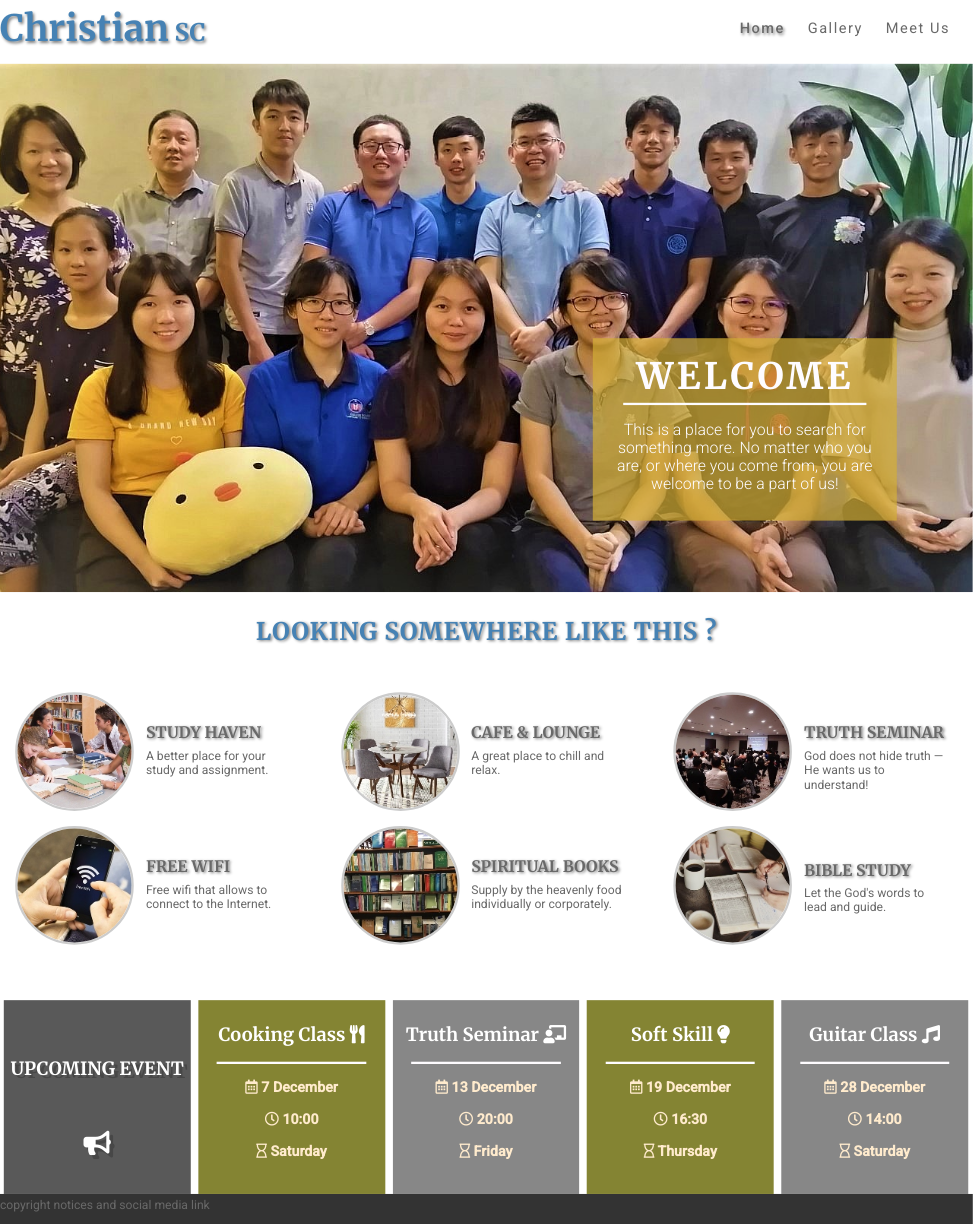
Repository: kongteckmee/christian-sc
Page: index.html
The author's editor kept a record of every edit. The page is drawn from the files as they stood at one moment, then again after the next edit.
The browser window is 1280 px wide. The pictures show the whole page, at 76% of full size.
Some web libraries are served in a nearby version.

Above is the page before.

### index.html
<!DOCTYPE html>
<html lang="en">
<head>
    <meta charset="UTF-8">
    <meta name="viewport" content="width=device-width, initial-scale=1.0">
    <meta http-equiv="X-UA-Compatible" content="ie=edge">
    <link rel="stylesheet" href="https://use.fontawesome.com/releases/v5.1.1/css/all.css" integrity="sha384-O8whS3fhG2OnA5Kas0Y9l3cfpmYjapjI0E4theH4iuMD+pLhbf6JI0jIMfYcK3yZ" crossorigin="anonymous">
    <link rel="stylesheet" href="assets/css/style.css" type="text/css" />
    <title>Christian Student Center</title>
</head>
<body>
    <header>
        <a id="logo" href="index.html">
            <h2><span style="font-size: 150%">Christian</span> SC</h2>
        </a>
        <nav>
            <ul id="scmenu">
                <li>
                    <a href="#">Meet Us</a>
                </li>
                <li>
                    <a href="#">Gallery</a>
                </li>
                <li>
                    <a class="scactive" href="index.html">Home</a>
                </li>
            </ul>
        </nav>
    </header>
    <section id="scmeetingrange">
        <div id="scmeeting"></div>
        <div id="welcome-text">
            <h1>Welcome</h1>
            <hr>
            <h3>This is a place for you to search for something more. No matter who you are, or where you come from, you are welcome to be a part of us!</h2>
        </div>
    </section>
    <section id="about">
        <h1>Looking Somewhere Like This ?</h1>
        <div id="left">
            <div class="left-right-side">
                <h2>Study Haven</h2>
                <br>
                <p>A better place for your study and assignment.</p>
            </div>
            <div id="container">
                <div id="contain-study"></div>
            </div>
            <div class="left-right-side">
                <h2>Free Wifi</h2>
                <br>
                <p>Free wifi that allows to connect to the Internet.</p>
            </div>
            <div id="container">
                <div id="contain-wifi"></div>
            </div>
        </div>
        <div id="right">
            <div class="left-right-side">
                <h2>Truth Seminar</h2>
                <br>
                <p>God does not hide truth — He wants us to understand!</p>
            </div>
            <div id="container">
                <div id="contain-seminar"></div>
            </div>
            <div class="left-right-side">
                <h2>Bible Study</h2>
                <br>
                <p>Let the God's words to lead and guide.</p>
            </div>
            <div id="container">
                <div id="contain-bible"></div>
            </div>
        </div>
        <div id="center">
            <div class="middle">
                <h2>Cafe & Lounge</h2>
                <br>
                <p>A great place to chill and relax.</p>
            </div>
            <div id="container">
                <div id="contain-cafe"></div>
            </div>
            <div class="middle">
                <h2>Spiritual Books</h2>
                <br>
                <p>Supply by the heavenly food individually or corporately.</p>
            </div>
            <div id="container">
                <div id="contain-books"></div>
            </div>
        </div>
    </section>
    <section id="event">
        <div class="black">
            <h2>Upcoming Event</h2>
            <h3><i class="fas fa-bullhorn"></i></h3>
        </div>
        <div class="green">
            <h2>Cooking Class <i class="fas fa-utensils"></i></h2>
            <hr>
            <h3><i class="far fa-calendar-alt"></i> 7 December</h3>
            <h3><i class="far fa-clock"></i> 10:00</h3>
            <h3><i class="far fa-hourglass"></i> Saturday</h3>
        </div>
        <div class="grey">
            <h2>Truth Seminar <i class="fas fa-chalkboard-teacher"></i></h2>
            <hr>
            <h3><i class="far fa-calendar-alt"></i> 13 December</h3>
            <h3><i class="far fa-clock"></i> 20:00</h3>
            <h3><i class="far fa-hourglass"></i> Friday</h3>
        </div>
        <div class="green">
            <h2>Soft Skill <i class="fas fa-lightbulb"></i></h2>
            <hr>
            <h3><i class="far fa-calendar-alt"></i> 19 December</h3>
            <h3><i class="far fa-clock"></i> 16:30</h3>
            <h3><i class="far fa-hourglass"></i> Thursday</h3>
        </div>
        <div class="grey">
            <h2>Guitar Class <i class="fas fa-music"></i></h2>
            <hr>
            <h3><i class="far fa-calendar-alt"></i> 28 December</h3>
            <h3><i class="far fa-clock"></i> 14:00</h3>
            <h3><i class="far fa-hourglass"></i> Saturday</h3>
        </div>
    </section>
    <footer>
        copyright notices and social media link
    </footer>
</body>
</html>

### assets/css/style.css
@import url('https://fonts.googleapis.com/css?family=Merriweather:500,600,700|Roboto:300,400,500');

* {
    margin: 0;
    padding: 0;
    border: 0;
}

body {
    font-family: 'Roboto', sans-serif;
    color: #696969; /*Grey color */
}

/* ------------------------------------------------------ Header */

#logo {
    float: left;
    text-decoration: none;
}

#logo h2 {
    font-family: 'Merriweather', serif;
    font-size: 200%;
    color: #4682b4; /* Steel Blue color */
    text-shadow: 2px 2px 4px #808080;
}

#scmenu {
    font-size: 120%;
    list-style-type: none;
    letter-spacing: 2px;
}

#logo, #scmenu {
    line-height: 75px;
}

#scmenu li {
    float: right;
    margin-right: 30px;
}

#scmenu a {
    text-decoration: none;
    color: inherit;
}

#scmenu a:hover {
    color: #4682b4; /* Steel Blue color */
    font-weight: 500;
    text-shadow: 2px 2px 4px #808080;
}

.scactive {
    font-weight: 500;
    text-shadow: 2px 2px 4px #808080;
}

/* ------------------------------------------------------ Section: Welcome */

#scmeeting {
    height: 700px;
    width: 100%;
    background: url("../img/meeting-t.jpg") no-repeat center center;
}

#scmeetingrange {
    height: 700px;
    width: 100%;
    overflow: hidden;
}

#welcome-text {
    width: 400px;
    height: 220px;
    color: #fefcff; /* Milky white */
    background-color: rgba(212,175,55,.7);
    padding-top:20px;
    bottom: 35px; /* Fixed the welcome text box-bottom */
    right: 100px; /* Fixed the welcome text box-right */
    position: absolute;
}

#welcome-text h1 {
    margin-bottom: 5px;
    font-size: 300%;
    font-family: 'Merriweather', serif;
    text-transform: uppercase;
    text-align: center;
    letter-spacing: 4px;
}

hr {
    width: 80%;
    height: 3px;
    margin-left: auto;
    margin-right: auto;
    background-color:#fefcff; /* Milky white */
}

#welcome-text h3 {
    margin: 20px;
    font-size: 130%;
    font-weight: 300;
    text-align: center;
}

/* ------------------------------------------------------ Section: About */

#about {
    height: 500px;
}

#about h1 {
    margin-top: 30px;
    margin-bottom: 30px;
    font-family: 'Merriweather', serif;
    color: #4682b4; /* Steel Blue color */
    text-transform: uppercase;
    text-align: center;
    text-shadow: 2px 2px 4px #808080;
    font-size: 200%;
    letter-spacing: 1px;
}

#about h2 {
    font-family: 'Merriweather', serif;
    font-size: 130%;
    text-transform: uppercase;
    text-shadow: 2px 2px 4px #808080;
}

#left {
    margin-right: 30px;
    padding-top: 30px;
    width: 30%;
    float: left;
}

#right {
    margin-right: 30px;
    padding-top: 30px;
    width: 30%;
    float: right;
}

#center {
    padding-top: 30px;
    width: 33%;
    margin: 0 auto; /* center the div */
}

br {
    display: block;
    content: "";
    margin: 2em;
    font-size: 24%; /* spacing */
}

.left-right-side {
    width: 50%;
    float: right;
    padding-top: 40px;
    clear: both;
    margin-left: 20px;
    margin-bottom: 50px;
}

.middle {
    width: 50%;
    float: right;
    padding-top: 40px;
    margin-right: 20px;
}

#container {
    width: 150px;
    height: 150px;
    border: 3px solid #cccccc;
    border-radius: 50%;
    margin-left: 20px;
    margin-bottom: 20px;
}

#contain-study {
    background: url("../img/study-group.jpg") no-repeat center center;
    height: 100%;
    border-radius: 50%;
}

#contain-wifi {
    background: url("../img/free-wifi.jpg") no-repeat center center;
    height: 100%;
    border-radius: 50%;
}

#contain-seminar {
    background: url("../img/truth-seminar.jpg") no-repeat center center;
    height: 100%;
    border-radius: 50%;
}

#contain-bible {
    background: url("../img/bible-study.jpg") no-repeat center center;
    height: 100%;
    border-radius: 50%;
}

#contain-cafe {
    background: url("../img/cafe.jpg") no-repeat center center;
    height: 100%;
    border-radius: 50%;
}

#contain-books {
    background: url("../img/spiritual-book.jpg") no-repeat center center;
    height: 100%;
    border-radius: 50%;
}

/* ------------------------------------------------------ Section: Event */

#event {
    height: 250px;
    /*background-color: #a9a9a9;*/
}

#event div {
    color: #ffebcd;
    width: 19.2%;
    height: 90%;
    float: left;
    padding-top: 30px;
    text-align: center;
    margin: 5px;
}

#event h2 {
    color: #ffffff;
    font-family: 'Merriweather', serif;
    margin-bottom: 20px;
}

#event h3 {
    margin-top: 20px;
}

.black {
    background-color: rgba(48,48,48,.8);
}

.black h2 {
    line-height: 120px;
    text-transform: uppercase;
    text-shadow: 5px 5px 0px rgba(0,0,0,0.2);
}

.black h3 {
    color: #ffffff;
    font-size: 200%;
    text-shadow: 5px 5px 0px rgba(0,0,0,0.2);
}

.grey {
    background-color: rgba(105,105,105,.8);
}

.green {
    background-color: rgba(102,102,0,.8);
}

/* ------------------------------------------------------ Footer */

footer {
    margin-top: 10px;
    height: 40px;
    width: 100%;
    background-color: #333333;
}

footer #footer-copyright {
    color: #fff;
    line-height: 30px;
    font-size: 80%;
    text-align: center;
}

After the next edit:
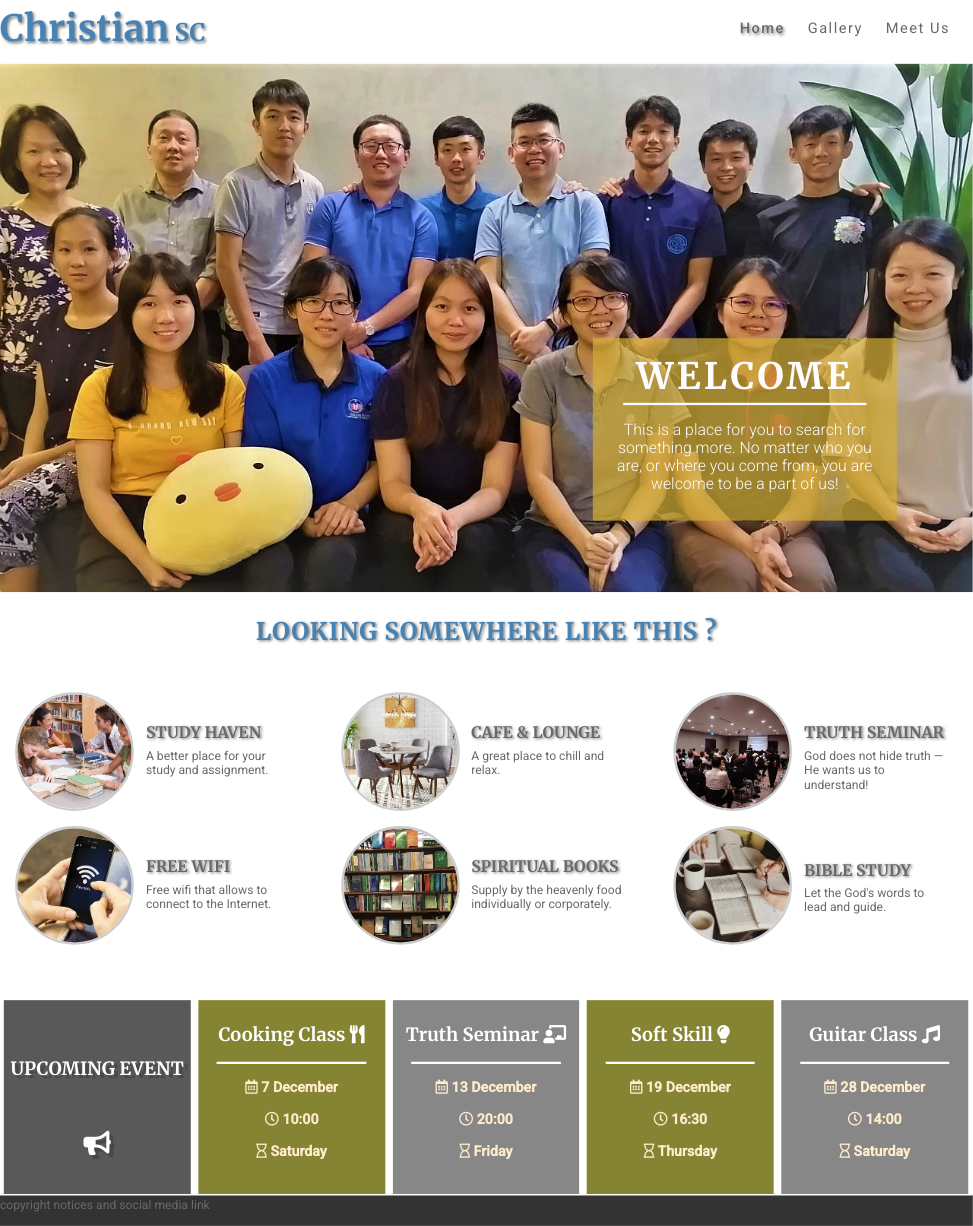
The edit:
--- a/assets/css/style.css
+++ b/assets/css/style.css
@@ -273,6 +273,7 @@
 
 footer {
     margin-top: 10px;
+    border-top: 2px solid #fff;
     height: 40px;
     width: 100%;
     background-color: #333333;
